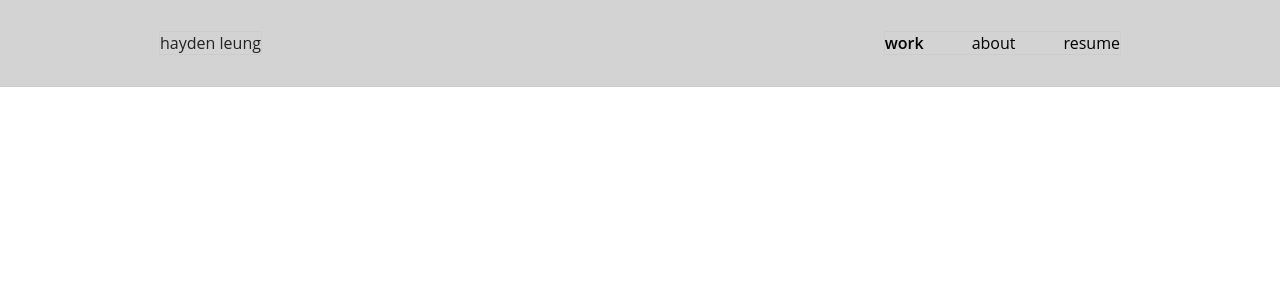
Repository: Haydenleung/Artifact
Page: /
These files come from the project's save history. The page is drawn as it stood at one moment and after the next save; the edit follows.
The browser window is 1280 px wide. The pictures show the whole page.
The project was rebuilt for these pictures with package versions that can differ from the ones it lists, and the page was loaded fresh each time. The framework's server and built-in components were replaced by stand-ins that run in the browser. Also part of the build but not shown: next.config.mjs.

Above is the page before, as saved 2024-01-28 22:37:47.

After the next save:
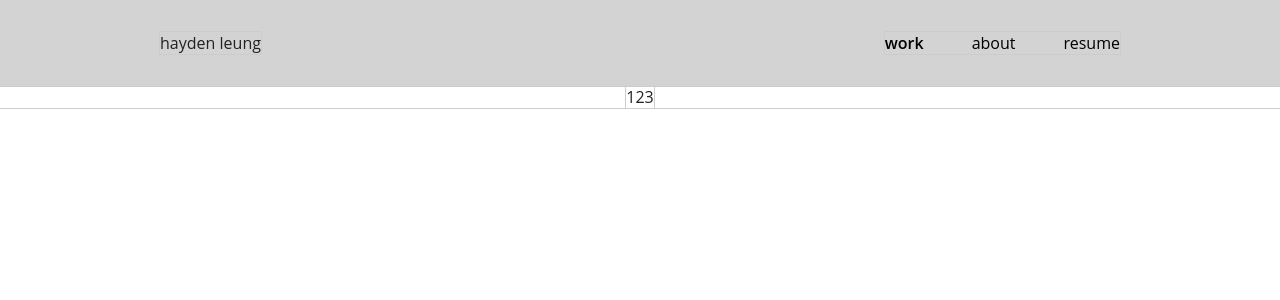
Saved 22 s later.
--- a/src/components/CaseStudy/index.tsx
+++ b/src/components/CaseStudy/index.tsx
@@ -1,5 +1,5 @@
 export default function CaseStudy() {
     return (
-        <></>
+        <>123</>
     )
 }

After the save that followed:
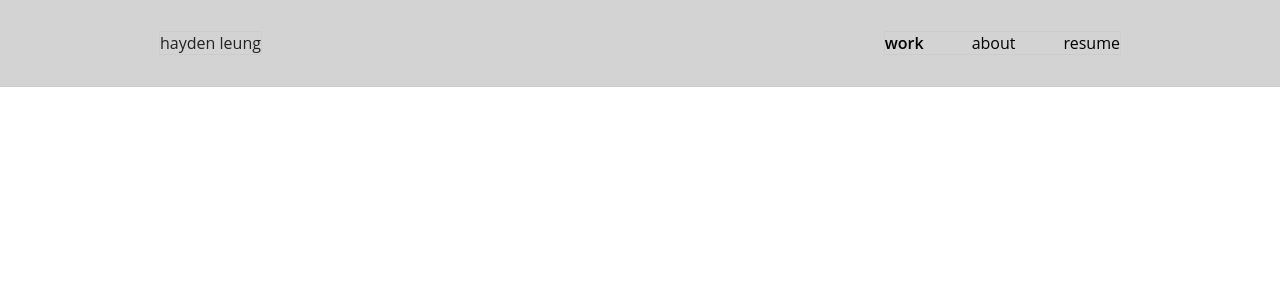
Saved 4 s later.
--- a/src/components/CaseStudy/index.tsx
+++ b/src/components/CaseStudy/index.tsx
@@ -1,5 +1,5 @@
 export default function CaseStudy() {
     return (
-        <>123</>
+        <></>
     )
 }
